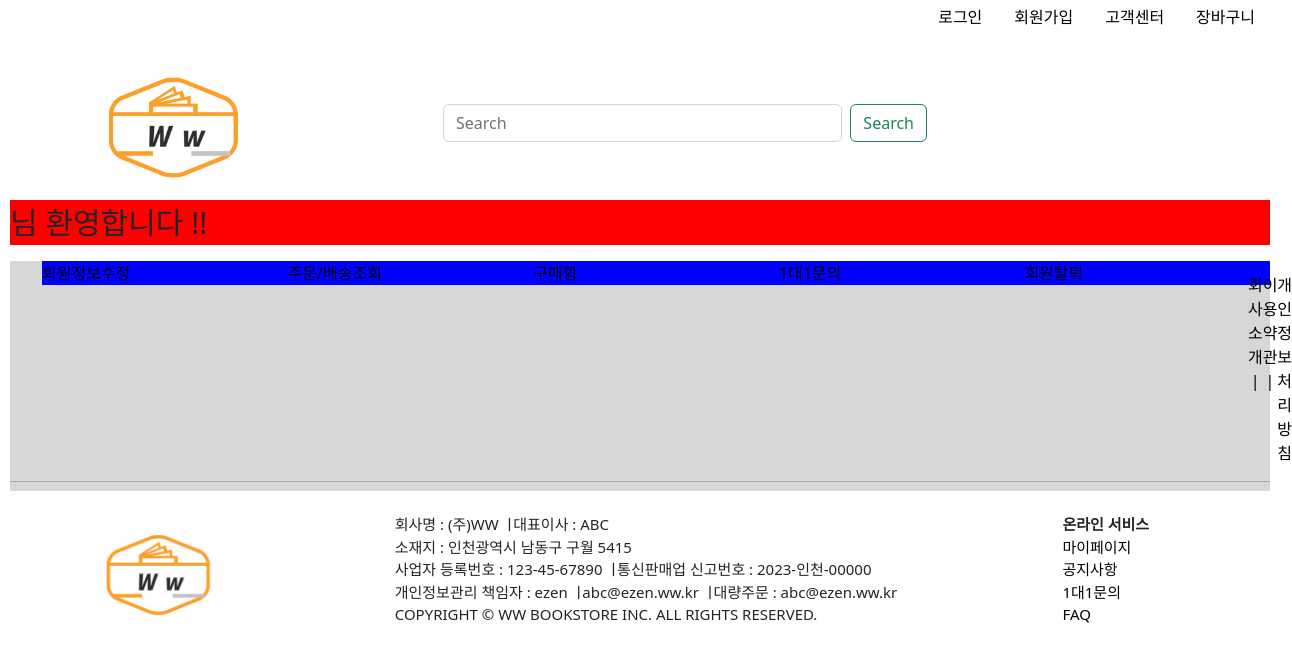
Repository: leehyeonung/project6
Page: http://localhost/book/WEB-INF/views/member/memberMypage.jsp
The author's editor kept a copy of each file at every save. The page is drawn from the files as they stood at one save, then again after the next save.
The browser window is 1280 px wide. The page is 1292 px wide, so the pictures cover 1292 px, including what lies to the right of the window. The pictures show the whole page.
The page is served by Tomcat 9. Nobody is signed in. Other server files are loaded and not shown. The template is opened directly, without the code that normally fills it, so the values that code supplies are empty.

Above is the page before, as saved 2023-01-06 02:43:50.

### book/src/main/webapp/WEB-INF/views/member/memberMypage.jsp
<%@ page language="java" contentType="text/html; charset=UTF-8"
    pageEncoding="UTF-8"%>
<!DOCTYPE html>
<html>
<head>
<meta charset="UTF-8">
<title>Insert title here</title>
<link rel="stylesheet" type="text/css" href="/resources/css/mypage.css">
</head>
<body>
<jsp:include page="../layout/header.jsp"></jsp:include>
<div class="main">

<div class="information">

<div class="id">
${ses.mem_id}님 환영합니다 !!
</div>

<div class="cell">
${ses.mem_cell_num}
</div>

</div>

<div class="select">
<ul>
	<li><a href="/mem/modify">회원정보수정</a></li>
	<li><a href="/mem/orderCheck?mem_num=${ses.mem_num}">주문/배송조회</a></li>
	<li><a href="/mem/buyCheck?mem_num=${ses.mem_num}">구매함</a></li>
	<li><a href="/board/list">1대1문의</a></li>
	<li><a href="/mem/delete">회원탈퇴</a></li>
</ul>
</div>

</div>

<jsp:include page="../layout/footer.jsp"></jsp:include>
</body>
</html>

### book/src/main/webapp/WEB-INF/views/layout/header.jsp
<%@ page language="java" contentType="text/html; charset=UTF-8"
    pageEncoding="UTF-8"%>
<%@ taglib uri="http://java.sun.com/jsp/jstl/core" prefix="c"%>
<!DOCTYPE html>
<html>
<head>
<meta charset="UTF-8">
<title>Insert title here</title>
<!-- CSS only -->
<link href="https://cdn.jsdelivr.net/npm/bootstrap@5.2.2/dist/css/bootstrap.min.css"
rel="stylesheet" integrity="sha384-Zenh87qX5JnK2Jl0vWa8Ck2rdkQ2Bzep5IDxbcnCeuOxjzrPF/et3URy9Bv1WTRi"
crossorigin="anonymous">
<link rel="stylesheet" type="text/css" href="/resources/css/header.css">
</head>
<body>

<div class="header">
    <div class="menu">
        <c:if test="${ses.mem_id ==null}">
        <ul><a href="/mem/loginPage">로그인</a></ul>
        <ul><a href="/mem/joinPage">회원가입</a></ul>
        </c:if>
        <c:if test="${ses.mem_id == 'admin' }">
        <ul><a href="/mem/logOut">로그아웃</a></ul>
        <ul><a href="/mem/adminpage">관리인페이지</a></ul>
        </c:if>
        <c:if test="${ses.mem_id !=null && ses.mem_id !='admin' }">
        <ul><a href="/mem/logOut">로그아웃</a></ul>
        <ul><a href="/mem/mypage">마이페이지</a></ul>
        </c:if>
        <ul><a href="#">고객센터</a></ul>
        <ul><a href="#">장바구니</a></ul>
    </div>
    <div class="bar">
       <div class="logo">
         <a href="/"><img src="/resources/image/logo.jpg" alt="로고"></a>
       </div>
         <div class="searchBar">
            <form class="d-flex" role="search">
                 <input class="form-control me-2" type="search" placeholder="Search" aria-label="Search">
                 <button class="btn btn-outline-success" type="submit">Search</button>
              </form>
         </div>
       <div class="icons">
         <a href=""><i class="fa-solid fa-cart-shopping"></i></a>
            <a href=""><i class="fa-solid fa-user"></i></a>
       </div>
    </div>
</div>
</body>
</html>

### book/src/main/webapp/WEB-INF/views/layout/footer.jsp
<%@ page language="java" contentType="text/html; charset=UTF-8"
   pageEncoding="UTF-8"%>
<!DOCTYPE html>
<html>
<head>
<meta charset="UTF-8">
<title>Insert title here</title>
<link rel="stylesheet" type="text/css" href="/resources/css/footer.css">

</head>

<body>
   <div class="footer">
      <div class="footer-top">
         <ul>
            <li><a href="">회사소개 | </a></li>
            <li><a href="">이용약관 | </a></li>
            <li><a href="">개인정보처리방침</a></li>
         </ul>
      </div>
      <hr>
      <div class="address">
         <div class="footer-logo">
            <img src="/resources/image/logo.jpg" alt="로고">
         </div>
         <div class="address-box">
            <ul>
               <li>회사명 : (주)WW <span style="margin-right: -7px;">ㅣ</span>
                  대표이사 : ABC
               </li>

               <li>소재지 : 인천광역시 남동구 구월 5415</li>
               <li>사업자 등록번호 : 123-45-67890 <span style="margin-right: -7px;">ㅣ</span>
                  통신판매업 신고번호 : 2023-인천-00000
               </li>

               <li>개인정보관리 책임자 : ezen <span style="margin-right: -7px;">ㅣ</span>
                  abc@ezen.ww.kr <span style="margin-right: -7px;">ㅣ</span> 대량주문 :
                  abc@ezen.ww.kr
               </li>

               <li>COPYRIGHT © WW BOOKSTORE INC. ALL RIGHTS RESERVED.</li>

            </ul>

         </div>
         <div class="online-serviceBar">
            <strong>온라인 서비스</strong>
            <ul>
               <li><a href="">마이페이지</a></li>
               <li><a href="">공지사항</a></li>
               <li><a href="">1대1문의</a></li>
               <li><a href="">FAQ</a></li>
            </ul>
         </div>
      </div>
   </div>

</body>
</html>

### book/src/main/webapp/resources/css/mypage.css
@charset "UTF-8";
*{
	margin: 0 auto;
	padding: 0px;

}
.main{
    margin: auto;
    width: 1260px;
    background-color: gray;


}
.id{
    font-size: 30px;
}
.information{
	background-color : red;
}
.select>ul>li>a{
    display: inline-block;
	float : left;
	width : 20%;
    background-color: blue;
}

### book/src/main/webapp/resources/css/header.css
@charset "UTF-8";
*{
	margin: 0px;
	padding: 0px;
}
.header{
    width: 1260px;
    height: 200px;
   /*  background-color: pink; */
}
.menu{
   display: flex;
   justify-content: flex-end;
   padding:5px;

}
.logo{
    width: 150px;
    height: 150px;
    background-color: blue;
}
.logo>a>img{
    width: 150px;
    height: 150px;
}
.searchBar{
   /* position:absolute; */
    width: 484px;
    height: 42px;
    /* background-color: gold; */
    margin-top:54px;
    border-radius: 30px;

}
.bar{

   height: 150px;
   display: flex;
   flex-direction: row;
   flex-wrap:nowrap;
   justify-content:space-around;
/*    align-items: baseline; */


}
i{
    font-size: 42px;
    color: black;
    margin-top:54px;
    margin-right: 20px;
}

### book/src/main/webapp/resources/css/footer.css
@charset "UTF-8";
.footer {
   width: 1260px;
   height: 230px;
   background-color: rgba(175, 175, 175, 0.5);
   margin: 0 auto;
}

.footer-logo {

   width: 120px;
   height: 120px;
   background-color: beige;
}
.footer-logo>img{
   width: 120px;
   height: 120px;
}

.address-box {
   text-align: left;
   padding: 0;
   margin: 0;
}

.address {
   padding: 15px;
   height: 150px;
   display: flex;
   font-size: 15px;
   /* align-items: baseline; */
   flex-direction: row;
   flex-wrap: nowrap;
   justify-content: space-around;
}

ul {
   list-style: none;
}

.footer, .address li {

}

.footer-top {
   text-align: center;
   padding-top: 12px;
}

.footer-top>ul {
   margin: 0;
   padding: 0;
   display: flex;
   justify-content: center;
}

.footer-top>li {
   margin: 0;
   padding: 0;
}

a {
   text-decoration-line: none;
   color: black;
}

a:visited {
   text-decoration: none;
}

a:hover {
   text-decoration: none;
}

a:focus {
   text-decoration: none;
}

a:hover, a:active {
   text-decoration: none;
}

.online-serviceBar {
   padding: 0px;
   margin-left: 20px;
   width: 120px;
   height: 120px;
}

.online-serviceBar>ul {
   margin: 0px;
   padding: 0px;
}

After the next save:
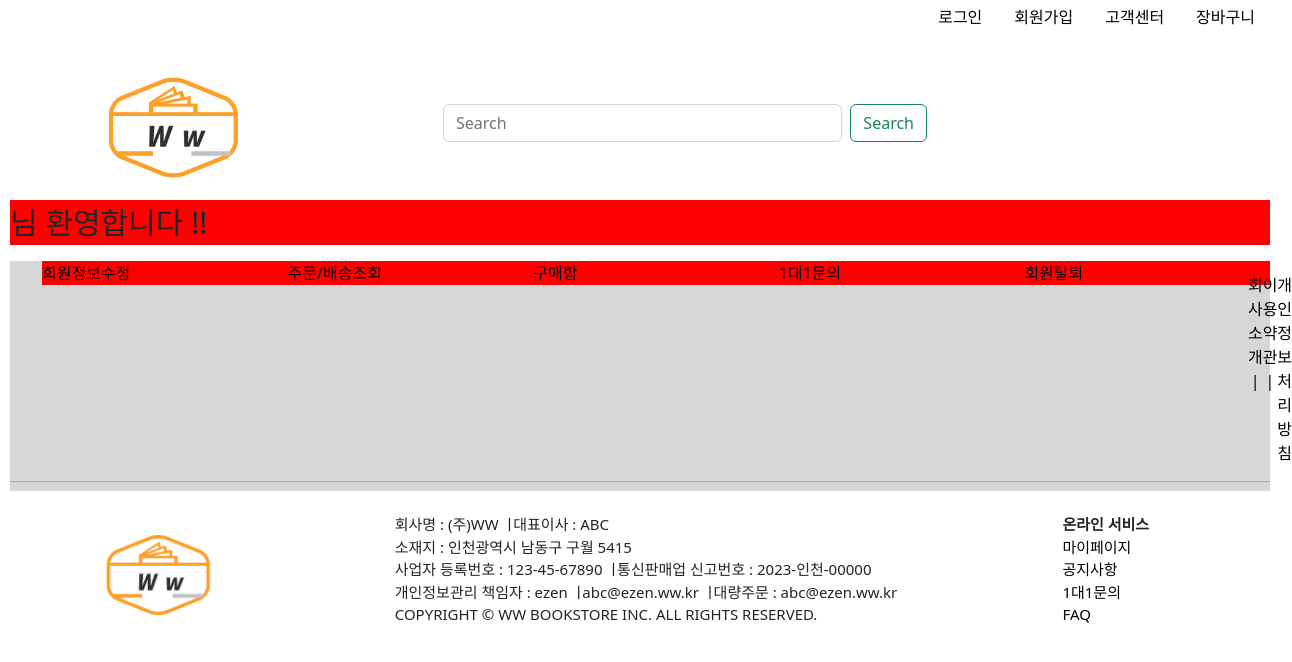
Saved 10 s later.
--- a/book/src/main/webapp/resources/css/mypage.css
+++ b/book/src/main/webapp/resources/css/mypage.css
@@ -21,5 +21,5 @@
     display: inline-block;
 	float : left;
 	width : 20%;
-    background-color: blue;
+    background-color: red;
 }
